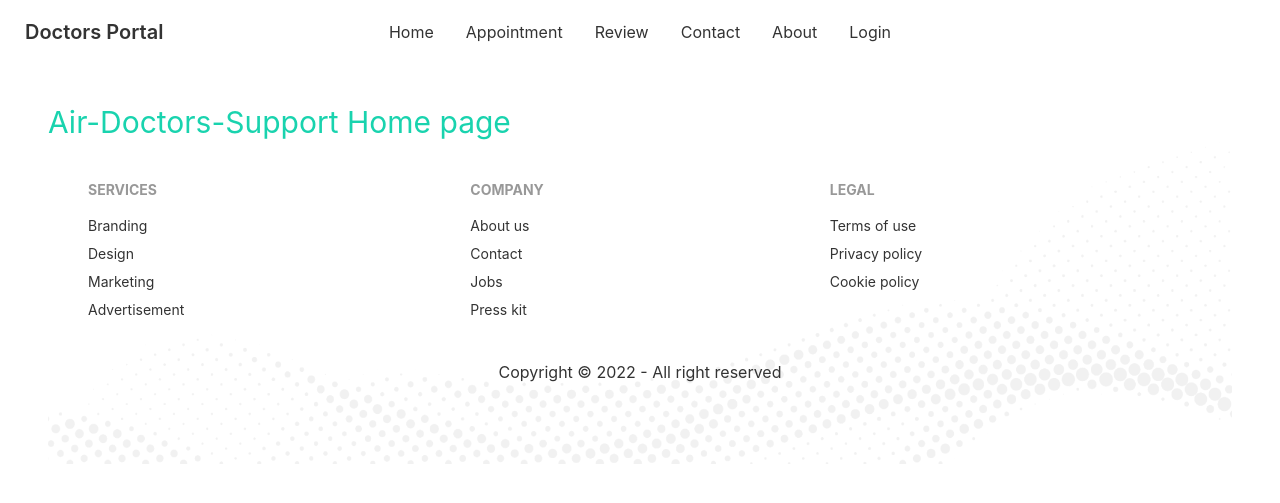
Repository: Devloper-solaiman/Air-Doctors-Support
Page: /
These files come from the project's save history. The page is drawn as it stood at one moment and after the next save; the edit follows.
The browser window is 1280 px wide. The pictures show the whole page.
The project was rebuilt for these pictures with package versions that can differ from the ones it lists, and the page was loaded fresh each time. Also part of the build but not shown: src/App.css.

Above is the page before, as saved 2023-02-19 12:52:42.

After the next save:
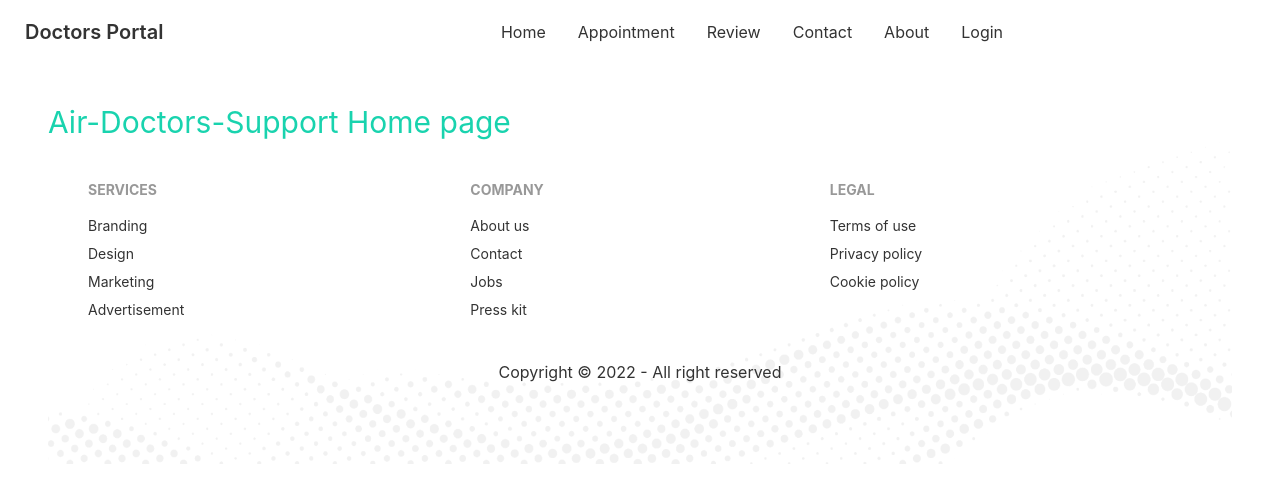
Saved 14 s later.
--- a/src/Pages/Shared/Navbar.js
+++ b/src/Pages/Shared/Navbar.js
@@ -35,7 +35,7 @@ const Navbar = () => {
                 </div>
                 <p className="btn btn-ghost normal-case text-xl">Doctors Portal</p>
             </div>
-            <div className="navbar-center m-auto hidden lg:flex">
+            <div className="navbar-center ml-56 hidden lg:flex">
                 <ul className="menu menu-horizontal p-0">
                     {menuItems}
                 </ul>
